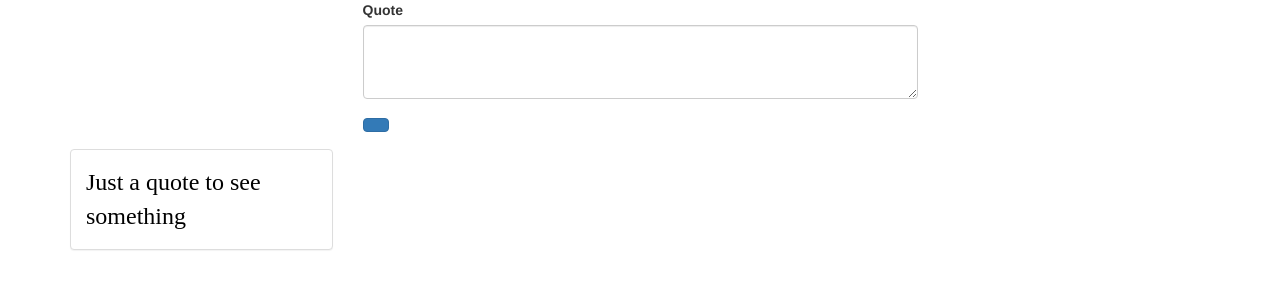
Repository: Azariagmt/Vue
Page: / (app in quote/Start/)
These files come from the project's save history. The page is drawn as it stood at one moment and after the next save; the edit follows.
The browser window is 1280 px wide. The pictures show the whole page.
Some web fonts or font styles are not loaded; a fallback is used. The project was rebuilt for these pictures with package versions that can differ from the ones it lists, and the page was loaded fresh each time. Also part of the build but not shown: quote/Start/webpack.config.js.

Above is the page before, as saved 2020-05-08 13:19:03.

After the next save:
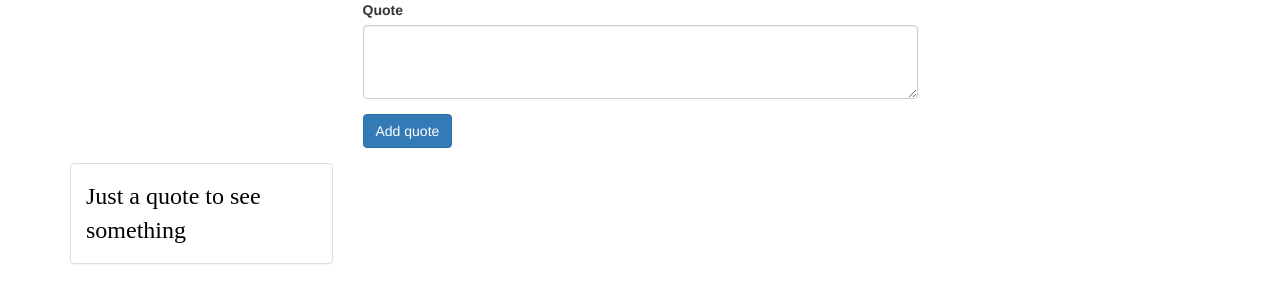
Saved 12 s later.
--- a/quote/Start/src/components/NewQuote.vue
+++ b/quote/Start/src/components/NewQuote.vue
@@ -6,7 +6,7 @@
         <textarea class="form-control" rows="3" v-model="quote"></textarea>
       </div>
         <div class="form-group col-sm-8 col-sm-offset-2 col-xs-12 col-md-6 col-md-offset-3">
-       <button class="btn btn-primary" @click.prevent="createNew()"></button>
+       <button class="btn btn-primary" @click.prevent="createNew()">Add quote</button>
           </div>
     </form>
   </div>
